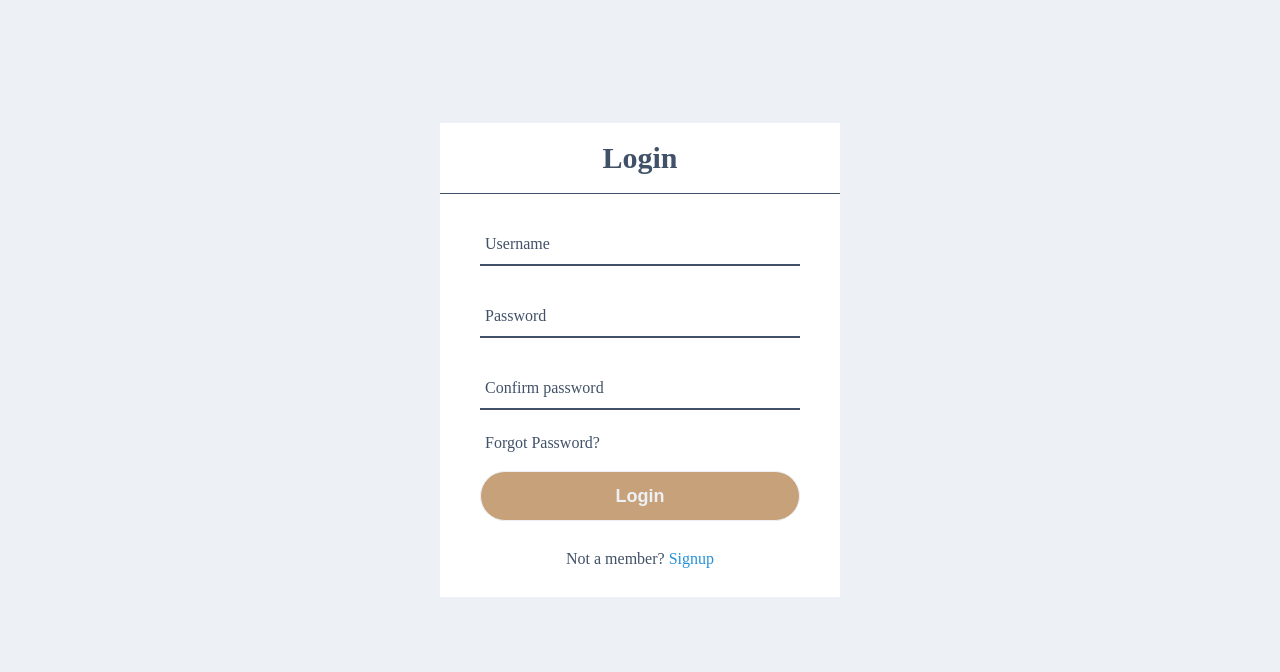
Repository: ArusyakAghajanyan/Booking
Page: sign-up.html
These files come from the project's save history. The page is drawn as it stood at one moment and after the next save; the edit follows.
The browser window is 1280 px wide. The pictures show the whole page.
The style sheet was rebuilt from its Sass, Less or Tailwind sources for each picture, by a compiler version that may differ from the author's.

Above is the page before, as saved 2022-09-22 12:09:34.

### sign-up.html
<!DOCTYPE html>
<html lang="en">
<head>
    <meta charset="UTF-8">
    <meta http-equiv="X-UA-Compatible" content="IE=edge">
    <meta name="viewport" content="width=device-width, initial-scale=1.0">
    <link rel="stylesheet" href="./assets/css/style.css">
    <title>Login</title>
</head>
   <body>
        <div class="login__center">
            <h1 class="login__center-title">Login</h1>
            <form method="post" class="login__center-form">
                <div class="login__text-field">
                    <input id="username" class="login__text-input" type="text" required>
                    <span class="login__text-span"></span>
                    <label for="username" class="login__text-label">Username</label>
                </div>
                <div class="login__text-field">
                    <input id="password"  class="login__text-input" type="password" required>
                    <span class="login__text-span"></span>
                    <label for="password" class="login__text-label">Password</label>
                </div>
                <div class="login__text-field">
                    <input id="confirm-password"  class="login__text-input" type="password" required>
                    <span class="login__text-span"></span>
                    <label for="confirm-password" class="login__text-label">Confirm password</label>
                </div>
                <div class="login__pass-field">
                    Forgot Password?
                </div>
                <input class= "login__text-input base-button base-button--secondary" type="submit" value="Login" >
                <div class="login__signup-field">
                    Not a member? <a  class="login__signup" href="#">Signup</a>
                </div>
            </form>
        </div>
    </body>
</html>

### assets/sass/style.scss
@import "./reset";

// Abstracts
@import "./abstracts/variables";
@import "./abstracts/mixins";

// Layout
@import "./layout/aside";
@import "./layout/header";
@import "./layout/main";

//Pages
@import "./pages/auth";
@import "./pages/admin";

// UI

@import "././UI/baseButton";
@import "./UI/baseInput";

// Components
@import "./components/container";
@import "./components/form";
@import "./components/formGroup";
@import "./components/playCard"

### assets/sass/_reset.scss
html, body, div, span, applet, object, iframe,
h1, h2, h3, h4, h5, h6, p, blockquote, pre,
a, abbr, acronym, address, big, cite, code,
del, dfn, em, img, ins, kbd, q, s, samp,
small, strike, strong, sub, sup, tt, var,
b, u, i, center,
dl, dt, dd, ol, ul, li,
fieldset, form, label, legend,
table, caption, tbody, tfoot, thead, tr, th, td,
article, aside, canvas, details, embed,
figure, figcaption, footer, header, hgroup,
menu, nav, output, ruby, section, summary,
time, mark, audio, video {
	margin: 0;
	padding: 0;
	border: 0;
	font-size: 100%;
	font: inherit;
	vertical-align: baseline;
}
/* HTML5 display-role reset for older browsers */
article, aside, details, figcaption, figure,
footer, header, hgroup, menu, nav, section {
	display: block;
}
body {
	line-height: 1;
}
ol, ul {
	list-style: none;
}
blockquote, q {
	quotes: none;
}
blockquote:before, blockquote:after,
q:before, q:after {
	content: '';
	content: none;
}
table {
	border-collapse: collapse;
	border-spacing: 0;
}
a {
    color: inherit;
    text-decoration: none;
}
*, *::before, *::after {
    box-sizing: border-box;
}

### assets/sass/abstracts/_variables.scss
  /***** Primary color ******/
  $primary: #415167;
  $primary-dark: #151D28;
  $primary-darker: #151D28;
  $primary-light: #EDF0F5;
  $primary-lighter: #F9FBFF;
//   $primary-opacity: rgba(64, 48, 117, 0.1);
  /**************************/

  /**** Secondary color *****/
  $secondary: #C7A17A;
  $secondary-dark:#F9F5E8 ;
  $secondary-darker: #553900;
  $secondary-light: #D4B16A;
  $secondary-lighter: #FFE3AA;
  /**************************/

  /******* Info color *******/
  $info: #AAAA39;
  $info-dark: #808015;
  $info-darker: #555500;
  $info-light: #D4D46A;
  $info-lighter: #FFFFAA;
  /**************************/

// Abstract
$white: #ffffff;

### assets/sass/abstracts/_mixins.scss
@mixin flex-box($direction: row, $align: stretch, $justify: stretch) {
    display: flex;
    flex-direction: $direction;
    align-items: $align;
    justify-content: $justify;
  }

### assets/sass/layout/_aside.scss
.aside {
    position: fixed;
    width: 200px;
    height: 100%;
    top: 0;
    left: 0;
    background-color: $primary;
    padding: 20px;
  }

  .aside__content {

  }

  .aside__logo {
    margin-bottom: 20px;
    font-size: 24px;
    text-align: center;
    color:  $primary-light;
  }

  .aside__navigation {
    margin: 0 -20px;
    width: calc(100% + 40px);
  }

  .aside__navigation-list {
    @include flex-box(column, flex-start, flex-start);


  }

  .aside__navigation-list-item {
    width: 100%;
    margin-bottom: 4px;
    transition: background-color .3s ease-in-out;

    &:hover {
      background-color: $primary-dark;
    }
  }

  .aside__navigation-list-link {
    padding: 8px;
    display: block;
    color:  $primary-light;
  }

### assets/sass/layout/_header.scss
.header {
    position: fixed;
    width: calc(100% - 200px);
    height: 50px;
    right: 0;
    top: 0;
    background-color: $primary-light;
    color: $primary;
    @include flex-box(row, center, center);
  }

### assets/sass/layout/_main.scss
.main {
    margin-left: 200px;
    margin-top: 50px;
    padding: 15px 0;
    background-color: $primary-lighter;
    color: $primary;
  }

### assets/sass/pages/_admin.scss
.admin__play-list {
    margin-top: 100px;

}
.admin__play-list-title {
    align-items: center;
    text-align: center;
    font-size: 28px;
    font-weight: 500;
    color: $primary;
}

.admin__form-uploaded-image {
   width: 200px;
}

.admin__form-upload {
   display: none;
}

### assets/sass/UI/_baseButton.scss
.base-button {
    border: none;
    background-color: transparent;
    padding: 8px 16px;
    border-radius: 8px;
    transition: background-color .1s ease-in-out;

    &:hover {
      cursor: pointer;
    }

    &--primary {
      background-color: $primary;
      color: $white;

      &:hover {
        background-color: $primary-light;
      }
      &:focus,
      &:active {
        background-color: $primary-dark;
      }
    }

    &--secondary {
      background-color: $secondary;
      color: $primary-light;
    }
  }

### assets/sass/UI/_baseInput.scss
.base-input {

}

### assets/sass/components/_container.scss
.container {
    padding: 0 20px;

  }

### assets/sass/components/_form.scss
// .form{

// }
body {
    background-color: $primary-light;
}

.login__center {
    background-color: $white;

    position: absolute;
    top: 50%;
    left: 50%;
    transform: translate(-50%, -50%);
    width: 400px;
}

.login__center-title {
    color:  $primary;
    font-size: 30px;
    font-weight: 900;
    text-align: center;
    padding: 20px 0 20px 0;
    border-bottom: 1px solid  $primary;
}

.login__center-form {
    padding: 0 40px;
    box-sizing: border-box;
}

.login__text-field {
    position: relative;
    border-bottom: 2px solid $primary;
    margin: 30px 0;
}

.login__text-input {
    width: 100%;
    padding: 0 5px;
    height: 40px;
    font-size: 16px;
    border: none;
    background: none;
    outline: none;

&:focus ~ label,
&:valid ~ label {
      top: -5px;
      color: $primary-darker;
    }

&:focus ~ span::before,
&:valid ~ span::before {
      width: 100%;
    }
}

.login__text-label {
    position: absolute;
    top: 50%;
    left: 5px;
    color: $primary;
    transform: translateY(-50%);
    font-size: 16px;
    pointer-events: none;
    transition: .5s;
}

.login__text-span::before{
    content: '';
    position: absolute;
    top: 40px;
    left: 0;
    width: 0%;
    height: 2px;
    background: $primary-darker;
    transition: .5s;
}

.login__pass-field {
     margin: -5px 0 20px 5px;
     color: $primary;
     cursor: pointer;

&:hover {
       text-decoration: underline;
     }
}


input[type="submit"] {
    width: 100%;
    height: 50px;
    border: 1px solid;
    background: $secondary;
    border-radius: 25px;
    font-size: 18px;
    color: $primary-light;
    font-weight: 700;
    cursor: pointer;
    outline: none;

&:hover{
    border-color: $primary;
    transition: .5s;
}
}
.login__signup-field {
    margin: 30px 0;
    text-align: center;
    font-size: 16px;
    color: $primary;
}

.login__signup {
    color: #2691d9;
    text-decoration: none;
&:hover{
       text-decoration: underline;
}
}

// .cardDiv{
//     width: 400px;
//     height: 400px;
// }

### assets/sass/components/_formGroup.scss
.form-group {
    @include flex-box(column, flex-start, flex-start);
    margin-bottom: 12px;
  }

### assets/sass/components/_playCard.scss
.admin__play-list-container{
    display: flex;
    justify-content: space-around;
    margin-top: 58px;
    flex-wrap: wrap;
}
.play-card {
    display: flex;
    flex-direction: column;
    width: calc(25% - 20px);

    align-items: center;
    justify-content: center;
    background-color: $white;
    margin-bottom: 10px;

}
.play-card-image-wrapper{
    display: flex;
    width: 100%;
    margin-bottom: 24px;
    align-items: center;
    justify-content: center;
}
.play-card-image {
    width: 100%;
}
.play-card-description {
    color: $primary;
    font-size: 16px;
    padding: 10px;
}

Loaded but not shown: assets/sass/pages/_auth.scss (no stored copy; drawn as an empty file)

After the next save:
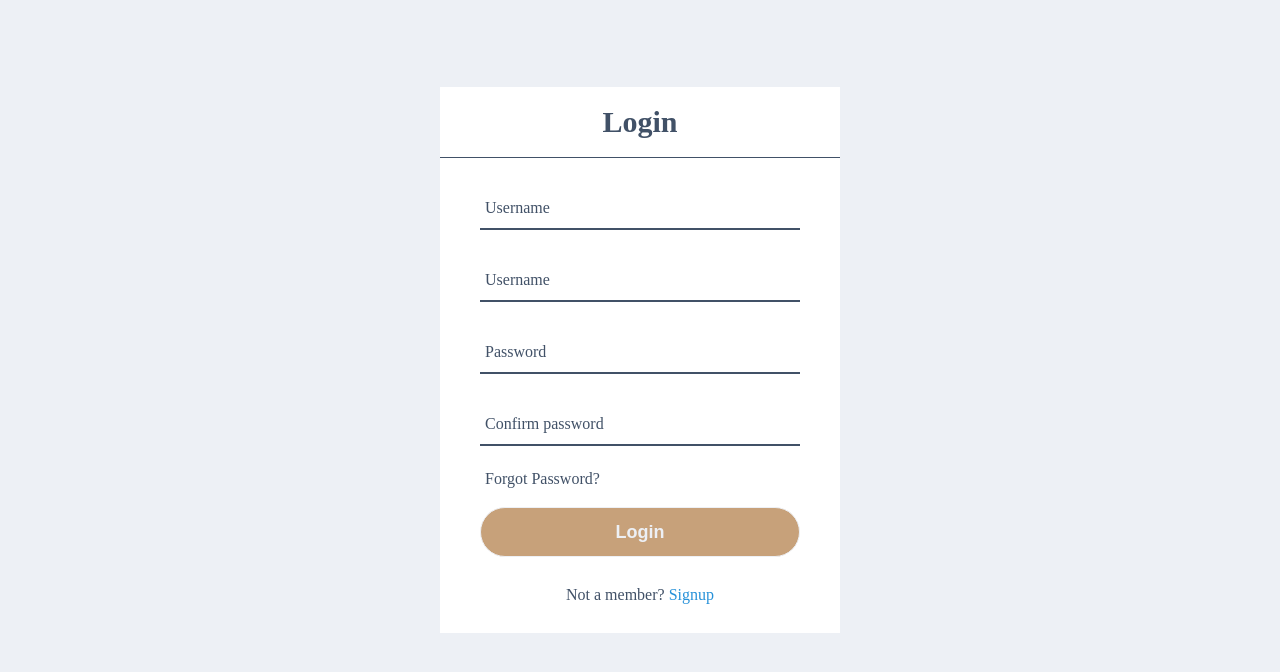
Saved 7 s later.
--- a/sign-up.html
+++ b/sign-up.html
@@ -11,6 +11,11 @@
         <div class="login__center">
             <h1 class="login__center-title">Login</h1>
             <form method="post" class="login__center-form">
+                <div class="login__text-field">
+                    <input id="username" class="login__text-input" type="text" required>
+                    <span class="login__text-span"></span>
+                    <label for="username" class="login__text-label">Username</label>
+                </div>
                 <div class="login__text-field">
                     <input id="username" class="login__text-input" type="text" required>
                     <span class="login__text-span"></span>
